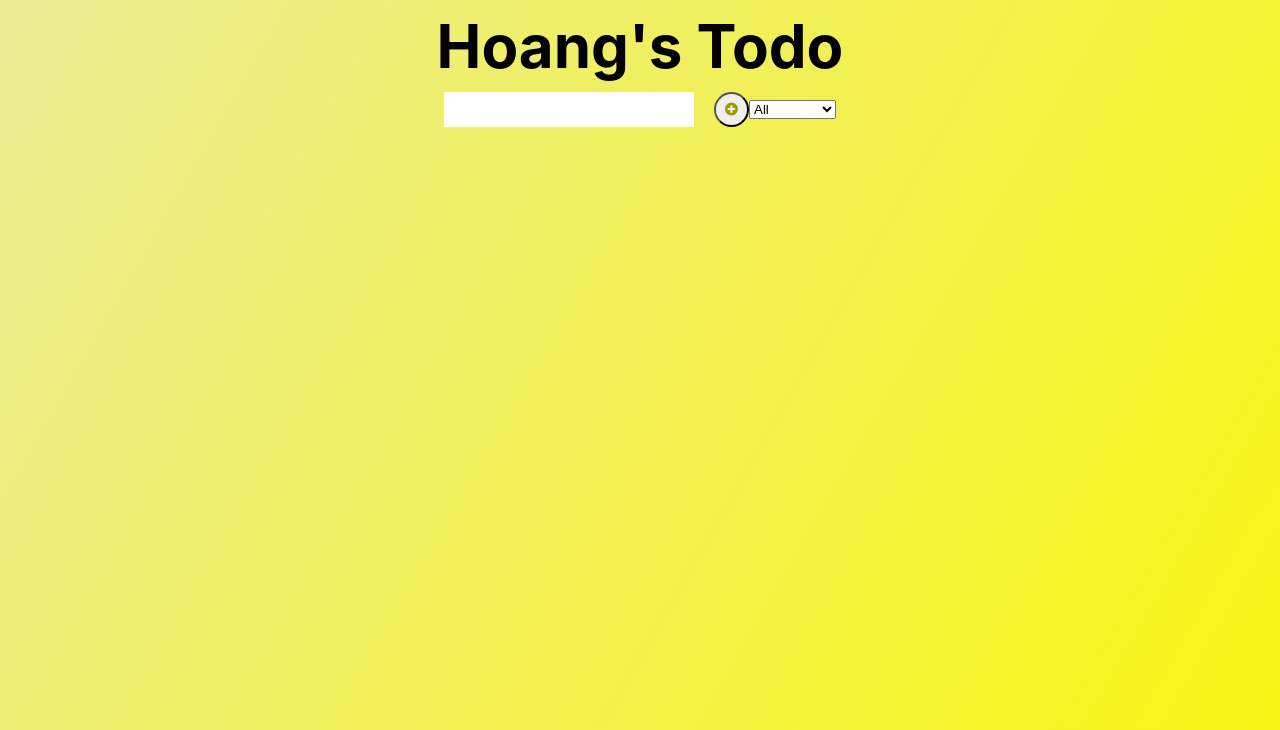
Repository: DinhHoang0607/TodoReact
Page: /
These files come from the project's save history. The page is drawn as it stood at one moment and after a run of saves; the edit follows.
The browser window is 1280 px wide. The pictures show the whole page.
Some web libraries are served in a nearby version. The project was rebuilt for these pictures with package versions that can differ from the ones it lists, and the page was loaded fresh each time.

Above is the page before, as saved 2021-09-09 20:32:03.

After the next 2 saves:
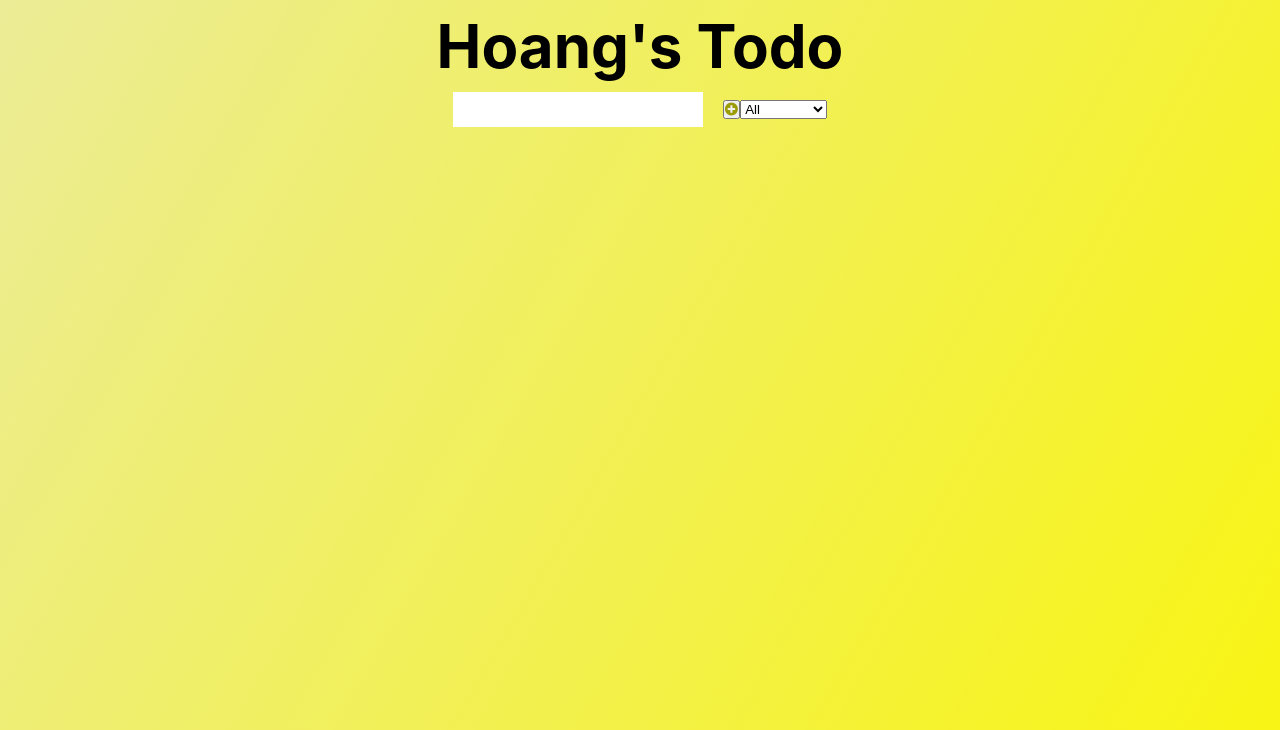
The 2 saves are shown as one change because they came seconds apart.
The last was saved 42 s later.
--- a/src/App.css
+++ b/src/App.css
@@ -32,8 +32,8 @@ form {
 .form__btn {
   color: #9a9c01;
   margin-left: 2rem;
-  width: 3.5rem;
-  height: 3.5rem;
-  border-radius: 50%;
+  /* width: 3.5rem;
+  height: 3.5rem; */
+  /* border-radius: 50%; */
   font-size: ;
 }
